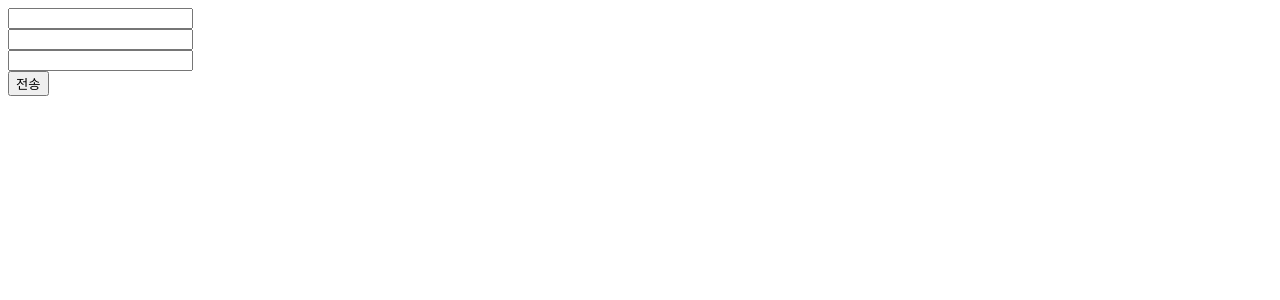
Repository: dongmin7208/JavaServerPage
Page: http://localhost/TEST/calcForm.jsp
These files come from the project's save history. The page is drawn as it stood at one moment and after the next save; the edit follows.
The browser window is 1280 px wide. The pictures show the whole page.
The page is served by Tomcat 9.

Above is the page before, as saved 2019-07-26 07:10:54.

After the next save:
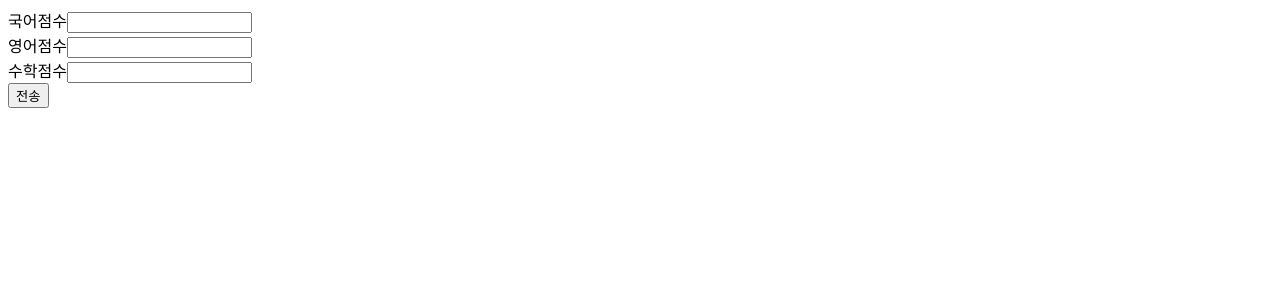
Saved 12 s later.
--- a/TEST/WebContent/calcForm.jsp
+++ b/TEST/WebContent/calcForm.jsp
@@ -8,9 +8,9 @@
 </head>
 <body>
 	<form method="post" action="/calc">
-	<input type="text" name="kor"> <br>
-	<input type="text" name="eng"> <br>
-	<input type="text" name="mat"> <br>
+	국어점수<input type="text" name="kor"> <br>
+	영어점수<input type="text" name="eng"> <br>
+	수학점수<input type="text" name="mat"> <br>
 
 	<input type="submit" value="전송">
 
